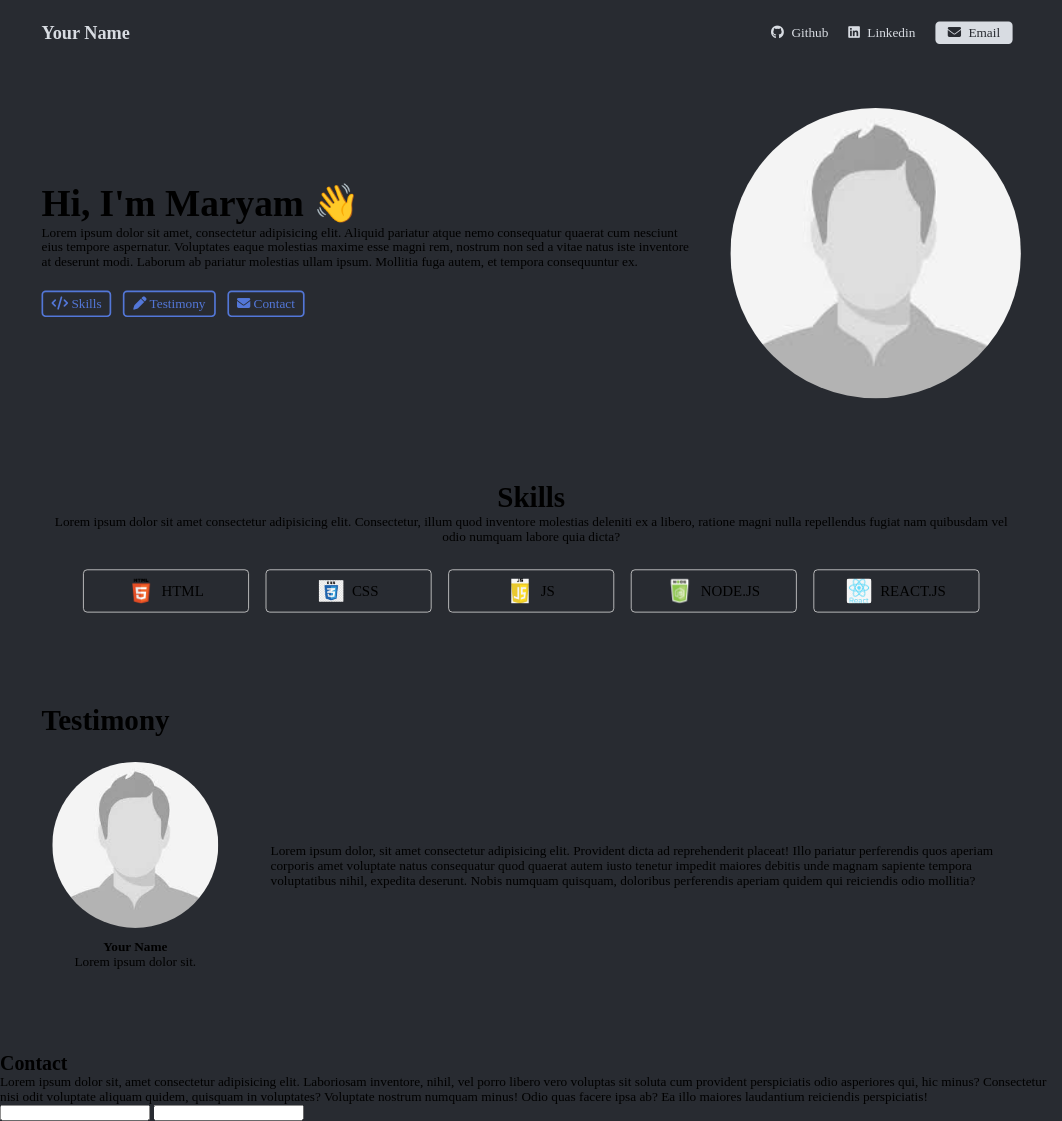
Repository: MaramMaryam/my-portfolio-test
Page: index.html
The author's editor kept a copy of each file at every save. The page is drawn from the files as they stood at one save, then again after the next save.
The browser window is 1280 px wide. The pictures show the whole page, at 83% of full size.
Some web libraries are served in a nearby version.

Above is the page before, as saved 2024-09-20 19:23:22.

### index.html
<!DOCTYPE html>
<html lang="en">

<head>
    <meta charset="UTF-8">
    <meta name="viewport" content="width=device-width, initial-scale=1.0">

    <link rel="preconnect" href="https://fonts.googleapis.com">
    <link rel="preconnect" href="https://fonts.gstatic.com" crossorigin>
    <link
        href="https://fonts.googleapis.com/css2?family=Poppins:ital,wght@0,100;0,200;0,300;0,400;0,500;0,600;0,700;0,800;0,900;1,100;1,200;1,300;1,400;1,500;1,600;1,700;1,800;1,900&display=swap"
        rel="stylesheet">

    <link rel="stylesheet" href="https://cdnjs.cloudflare.com/ajax/libs/font-awesome/6.6.0/css/all.min.css"
        integrity="sha512-Kc323vGBEqzTmouAECnVceyQqyqdsSiqLQISBL29aUW4U/M7pSPA/gEUZQqv1cwx4OnYxTxve5UMg5GT6L4JJg=="
        crossorigin="anonymous" referrerpolicy="no-referrer" />

    <link rel="stylesheet" href="styles.css">
    <title>My Portfolio</title>
</head>

<body>
    <!--navbar-->
    <nav>
        <div class="left">
            <a href="/"> Your Name </a>
        </div>
        <div class="right">
            <a href="http://github.com" target="_blank" rel="">
                <i class="fa-brands fa-github"></i>
                <span>Github</span>
            </a>

            <a href="http://linkedin.com" target="_blank" rel="">
                <i class="fa-brands fa-linkedin"></i>
                <span>Linkedin</span>
            </a>

            <a href="mailto:example@gmail.com">
                <i class="fa-solid fa-envelope"></i>
                <span>Email</span>
            </a>
        </div>
    </nav>
    <main>
        <!--section1-->
        <section class="hero-section">
            <div class="text">
                <h2>Hi, I'm Maryam 👋</h2>
                <p>Lorem ipsum dolor sit amet, consectetur adipisicing elit.
                    Aliquid pariatur atque nemo consequatur quaerat cum nesciunt eius tempore aspernatur.
                     Voluptates eaque molestias maxime esse magni rem, nostrum non sed a vitae natus iste inventore at deserunt modi.
                    Laborum ab pariatur molestias ullam ipsum.
                    Mollitia fuga autem, et tempora consequuntur ex.</p>

                    <div class="links">
                        <a href="#skills">
                            <i class="fa-solid fa-code"></i>
                            <span>Skills</span>
                        </a>
                        <a href="#testimony">
                            <i class="fa-solid fa-pen"></i>
                            <span>Testimony</span>
                        </a>
                        <a href="#contact">
                            <i class="fa-solid fa-envelope"></i>
                            <span>Contact</span>
                        </a>
                    </div>
            </div>
            <div class="headshot">
                <img src="images/headshot.jfif" alt="">
            </div>
        </section>
        <!--section2: skills-->
        <section id="skills" class="skills-section">
            <h2>Skills</h2>
            <div class="text">
                Lorem ipsum dolor sit amet consectetur adipisicing elit. Consectetur,
                illum quod inventore molestias deleniti ex a libero,
                ratione magni nulla repellendus fugiat nam quibusdam vel odio numquam labore quia dicta?
            </div>

            <div class="cells">
                <div class="cell">
                    <img src="images/HTML5.webp" alt="HTML5 logo">
                    <span>HTML</span>
                </div>

                <div class="cell">
                    <img src="images/css.webp" alt="css logo">
                    <span>CSS</span>
                </div>

                <div class="cell">
                    <img src="images/js.webp" alt="js logo">
                    <span>JS</span>
                </div>

                <div class="cell">
                    <img src="images/node.webp" alt="node logo">
                    <span>NODE.JS</span>
                </div>

                <div class="cell">
                    <img src="images/react.webp" alt="react logo">
                    <span>REACT.JS</span>
                </div>
            </div>
        </section>
        <!--section3: testimony-->
        <section id="testimony" class="testimony-section">
            <h2>Testimony</h2>
            <div class="group">
                <div class="person-details">
                    <img src="images/headshot.jfif" alt="">
                    <p>Your Name</p>
                    <p>Lorem ipsum dolor sit.</p>
                </div>
                <div class="text">
                    Lorem ipsum dolor, sit amet consectetur adipisicing elit. Provident dicta ad
                    reprehenderit placeat! Illo pariatur perferendis quos aperiam corporis amet voluptate
                    natus consequatur quod quaerat autem iusto tenetur impedit maiores debitis unde magnam
                    sapiente tempora voluptatibus nihil, expedita deserunt.
                    Nobis numquam quisquam, doloribus perferendis aperiam quidem qui reiciendis odio mollitia?
                </div>
            </div>
        </section>
        <!--section4: contact-->
        <section id="contact" class="contact-section">
            <h2>Contact</h2>
            <div class="group">
                <div class="text">
                    Lorem ipsum dolor sit, amet consectetur adipisicing elit.
                    Laboriosam inventore, nihil, vel porro libero vero voluptas sit soluta cum provident
                    perspiciatis odio asperiores qui, hic minus? Consectetur nisi odit voluptate aliquam quidem,
                     quisquam in voluptates? Voluptate nostrum numquam minus! Odio
                    quas facere ipsa ab? Ea illo maiores laudantium reiciendis perspiciatis!
                </div>

                <form action="">
                    <label for="name"></label>
                    <input type="text" id="name">

                    <label for="email"></label>
                    <input type="email" id="email">
                </form>
            </div>
        </section>
    </main>
</body>

</html>

### styles.css
:root {
  --text-color: #d8dce2;
  --link-color: #5377d8;
  --background-color: #282b31;
}
* {
  margin: 0;
  padding: 0;
  box-sizing: border-box;
}
html {
  scroll-behavior: smooth;
}
body {
  font-family: "Poppins" sans-serif;
  background-color: var(--background-color);
}
a {
  color: var(--link-color);
  text-decoration: none;
}

/* NAVBAR */
nav {
  display: flex;
  justify-content: space-between;
  padding: 0 50px;
  height: 80px;
  align-items: center;
}
nav .left a {
  color: var(--text-color);
  font-size: 22px;
  font-weight: 600;
}
nav .right a {
  color: var(--text-color);
  margin: 0 10px;
}
nav .right a:last-child {
  color: var(--background-color);
  background-color: var(--text-color);
  padding: 5px 15px;
  border-radius: 5px;
}
nav .right a span {
  margin-left: 5px;
}
/* SECTION 1: HERO */
.hero-section {
  display: flex;
  justify-content: space-between;
  align-items: center;
  padding: 0 50px;
  margin: 50px 0;
  gap: 40px;
  margin-bottom: 100px;
}
.hero-section .text {
  flex: 5;
}
.hero-section .text h2 {
  font-size: 45px;
}
.hero-section .text .links {
  margin-top: 25px;
}
.hero-section .text .links a {
  display: inline-block;
  padding: 5px 10px;
  border: 2px solid var(--link-color);
  border-radius: 5px;
  margin-right: 10px;
  margin-bottom: 10px;
  transition: 0.1s;
}
.hero-section .text .links a:hover {
  color: var(--text-color);
  border: 2px solid var(--text-color);
}
.hero-section .headshot {
  flex: 2;
  display: flex;
  justify-content: right;
}
.hero-section .headshot img {
  border-radius: 50%;
  width: 350px;
}

/* SECTION 2:Skills */
.skills-section {
  padding: 0 50px;
  margin-bottom: 100px;
}

.skills-section h2 {
  text-align: center;
  font-size: 35px;
}
.skills-section .text {
  text-align: center;
  margin-bottom: 20px;
}
.skills-section .cells {
  display: flex;
  justify-content: center;
  flex-wrap: wrap;
}
.skills-section .cells .cell {
  display: flex;
  justify-content: center;
  align-items: center;
  gap: 10px;
  width: 200px;
  padding: 10px 20px;
  margin: 10px;
  border: 1.5px solid #d3d3d3;
  border-radius: 5px;
}
.skills-section .cells .cell img {
  width: 30px;
  height: 30px;
  object-fit: contain;
  border-radius: 3px;
}
.skills-section .cells .cell span {
  font-size: 18px;
}

/* SECTION 3: Testimony  */
.testimony-section {
  padding: 0 50px;
  margin-bottom: 100px;
}
.testimony-section h2 {
  font-size: 35px;
  margin-bottom: 30px;
}
.testimony-section .group {
    display: flex;
    align-items: center;
    gap: 50px;
}
.testimony-section .group .person-details {
    text-align: center;
    flex: 2;
}
.testimony-section .group .person-details img {
    width: 200px;
    aspect-ratio: 1/1;
    object-fit: cover;
    border-radius: 50%;
    margin-bottom: 10px;
}
.testimony-section .group .person-details p {
    font-weight: 600;
}
.testimony-section .group .person-details p:last-child {
    font-weight: normal;
}

.testimony-section .group  .text {
    flex: 8;
}

@media (max-width: 850px) {
  /* SECTION1 : HERO*/
  .hero-section .text h2 {
    font-size: 35px;
  }
}

@media (max-width: 740px) {
  /* SECTION1 : HERO*/
  .hero-section {
    flex-direction: column-reverse;
  }
  .hero-section .headshot img {
    width: 300px;
  }
  /* SECTION 3: Testimony */
  .testimony-section {
    text-align: center;
  }
  .testimony-section .group {
    flex-direction: column;
  }
}

@media (max-width: 600px) {
  /* NAVBAR */
  nav {
    padding: 0 20px;
  }
  nav .right a {
    font-style: 22px;
  }
  nav .right a:last-child {
    color: var(--text-color);
    background-color: transparent;
    padding: 0;
  }
  nav .right a span {
    display: none;
  }

  /* SECTION1:HERO */
  .hero-section {
    padding: 0 20px;
  }
  .hero-section .text h2 {
    font-size: 30px;
  }
  /* SECTION2: Skills */

  .skills-section {
    padding: 0 20px;
  }
  .skills-section .cells .cell span {
    font-size: 16px;
  }
}

After the next save:
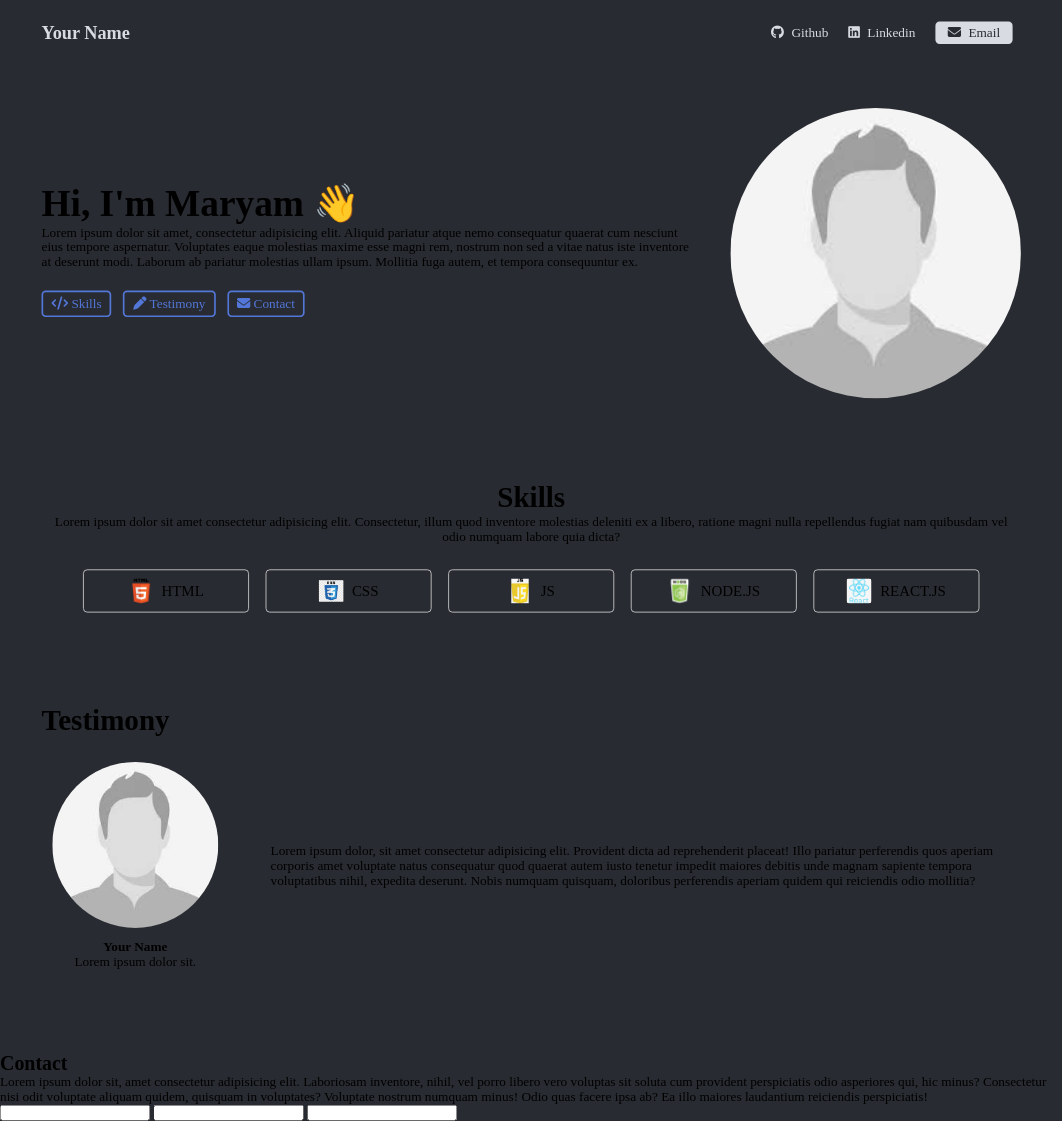
Saved 10 s later.
--- a/index.html
+++ b/index.html
@@ -144,6 +144,9 @@
 
                     <label for="email"></label>
                     <input type="email" id="email">
+
+                    <label for="email"></label>
+                    <input type="email" id="email">
                 </form>
             </div>
         </section>

After the save that followed:
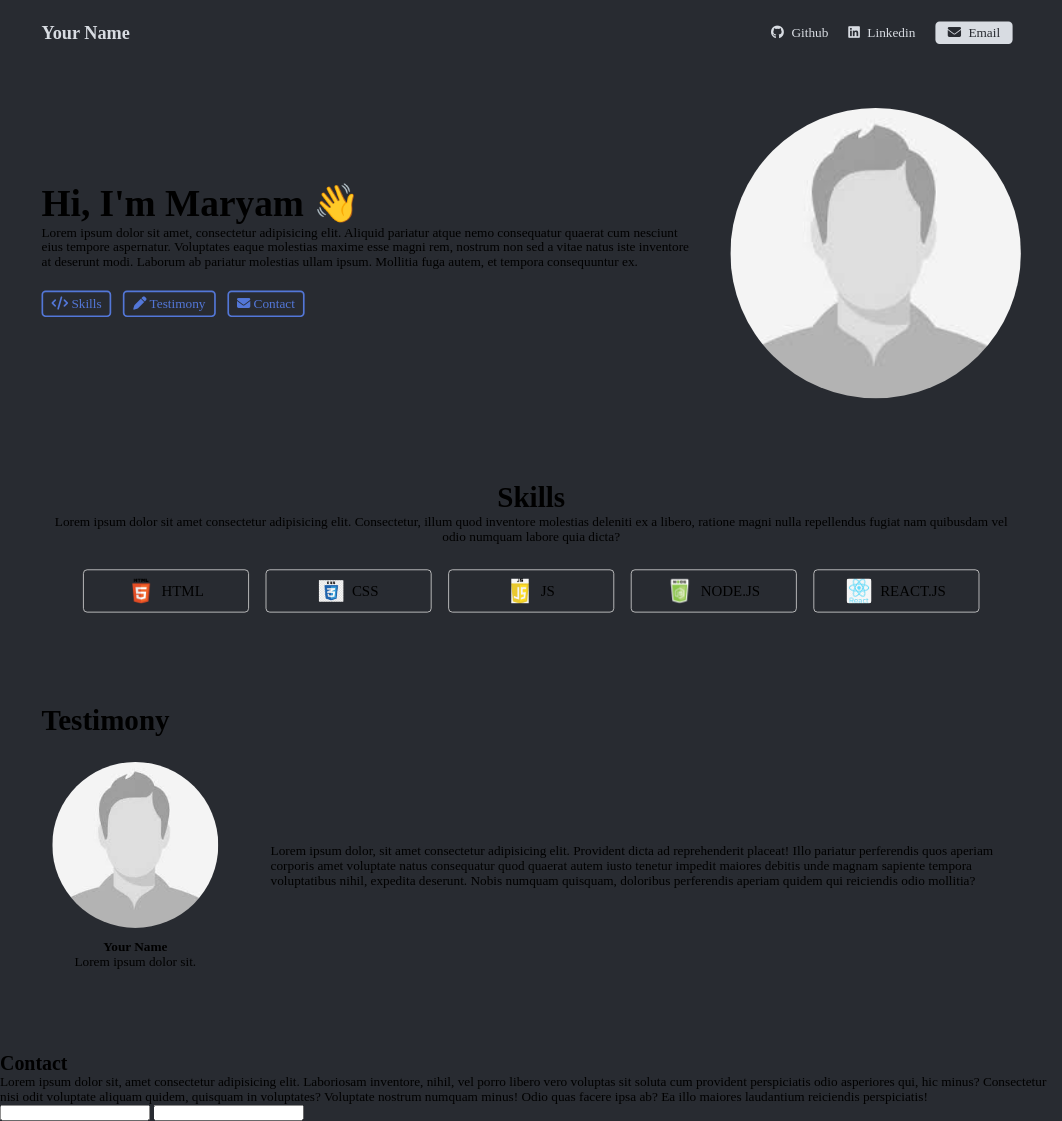
Saved 6 s later.
--- a/index.html
+++ b/index.html
@@ -146,7 +146,7 @@
                     <input type="email" id="email">
 
                     <label for="email"></label>
-                    <input type="email" id="email">
+
                 </form>
             </div>
         </section>
